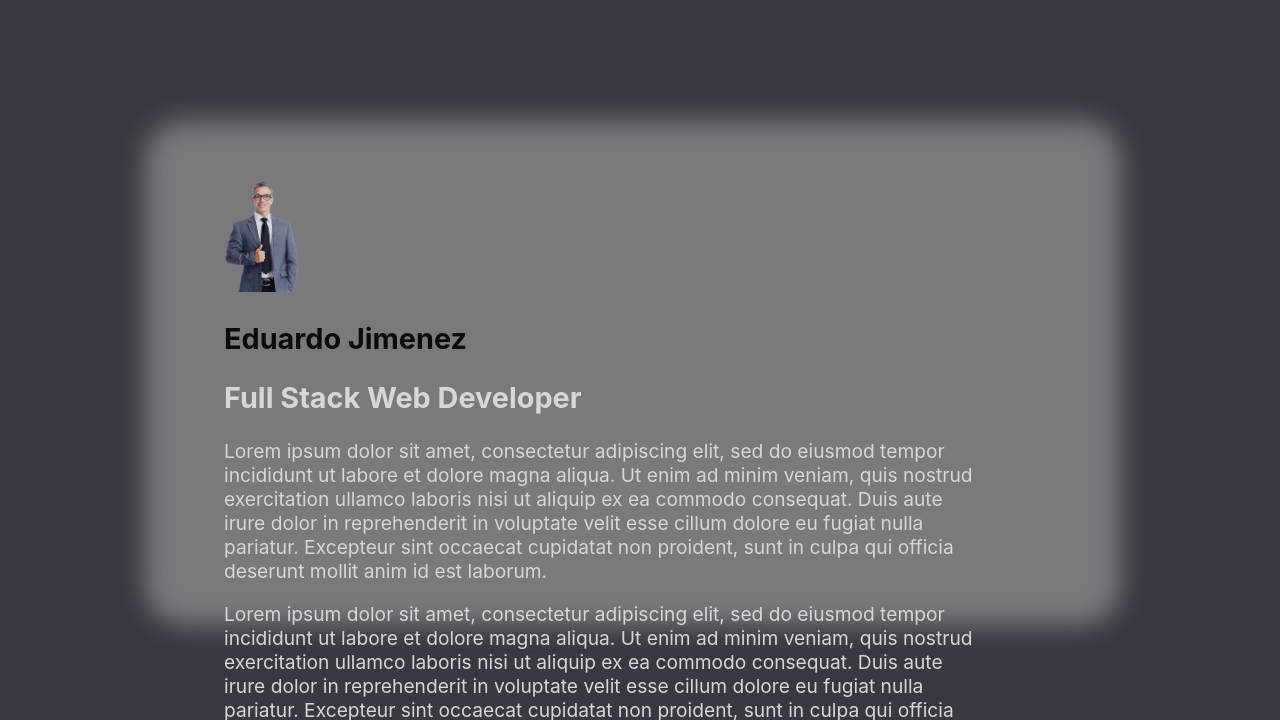
Repository: l8nightswithJS/react-my-portfolio
Page: /
The author's editor kept a copy of each file at every save. The page is drawn from the files as they stood at one save, then again after the next save.
The browser window is 1280 px wide. The pictures show the whole page.
The project was rebuilt for these pictures with package versions that can differ from the ones it lists, and the page was loaded fresh each time.

Above is the page before, as saved 2021-04-29 13:15:36.

After the next save:
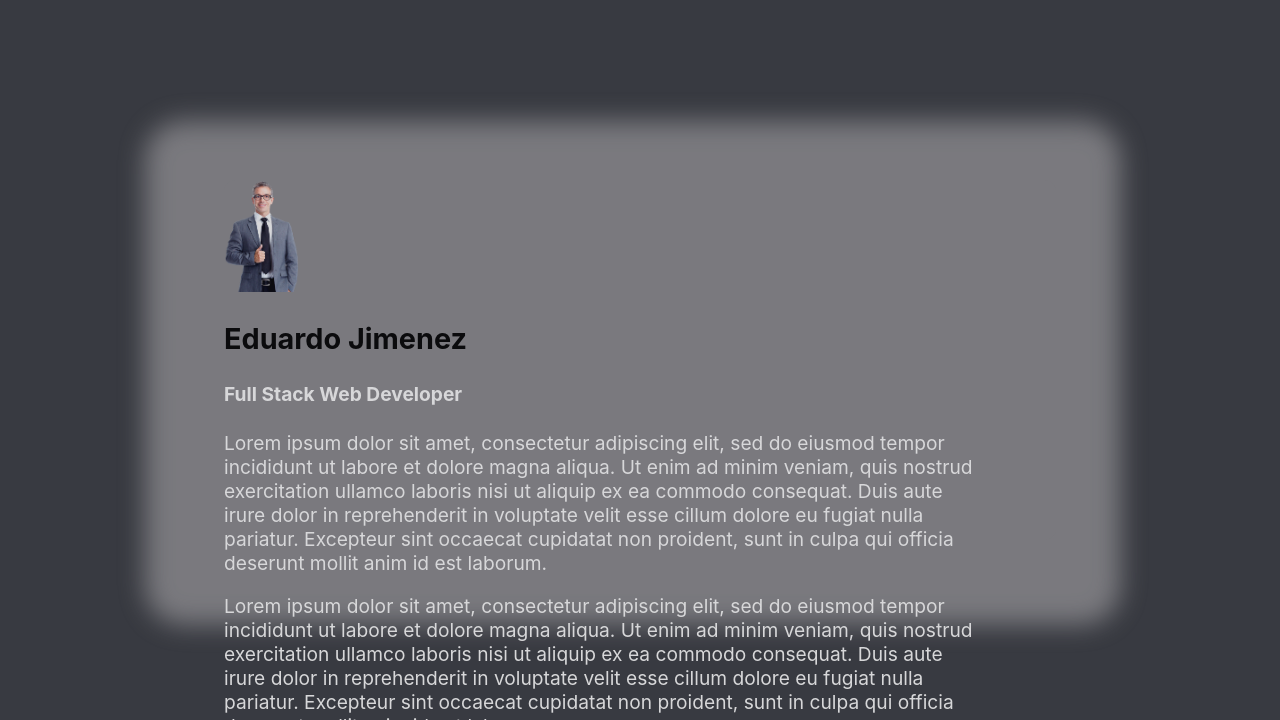
Saved 15 s later.
--- a/src/pages/splashPage.js
+++ b/src/pages/splashPage.js
@@ -9,7 +9,7 @@ function SplashPage() {
                     <div>
                         <img src={img} alt="buisness man img"/>
                         <h1>Eduardo Jimenez</h1>
-                        <h2>Full Stack Web Developer</h2>
+                        <h4>Full Stack Web Developer</h4>
                         <p>Lorem ipsum dolor sit amet, consectetur adipiscing elit, sed do eiusmod tempor incididunt ut labore et dolore magna aliqua. Ut enim ad minim veniam, quis nostrud exercitation ullamco laboris nisi ut aliquip ex ea commodo consequat. Duis aute irure dolor in reprehenderit in voluptate velit esse cillum dolore eu fugiat nulla pariatur. Excepteur sint occaecat cupidatat non proident, sunt in culpa qui officia deserunt mollit anim id est laborum.</p>
 
                         <p>Lorem ipsum dolor sit amet, consectetur adipiscing elit, sed do eiusmod tempor incididunt ut labore et dolore magna aliqua. Ut enim ad minim veniam, quis nostrud exercitation ullamco laboris nisi ut aliquip ex ea commodo consequat. Duis aute irure dolor in reprehenderit in voluptate velit esse cillum dolore eu fugiat nulla pariatur. Excepteur sint occaecat cupidatat non proident, sunt in culpa qui officia deserunt mollit anim id est laborum.</p>
